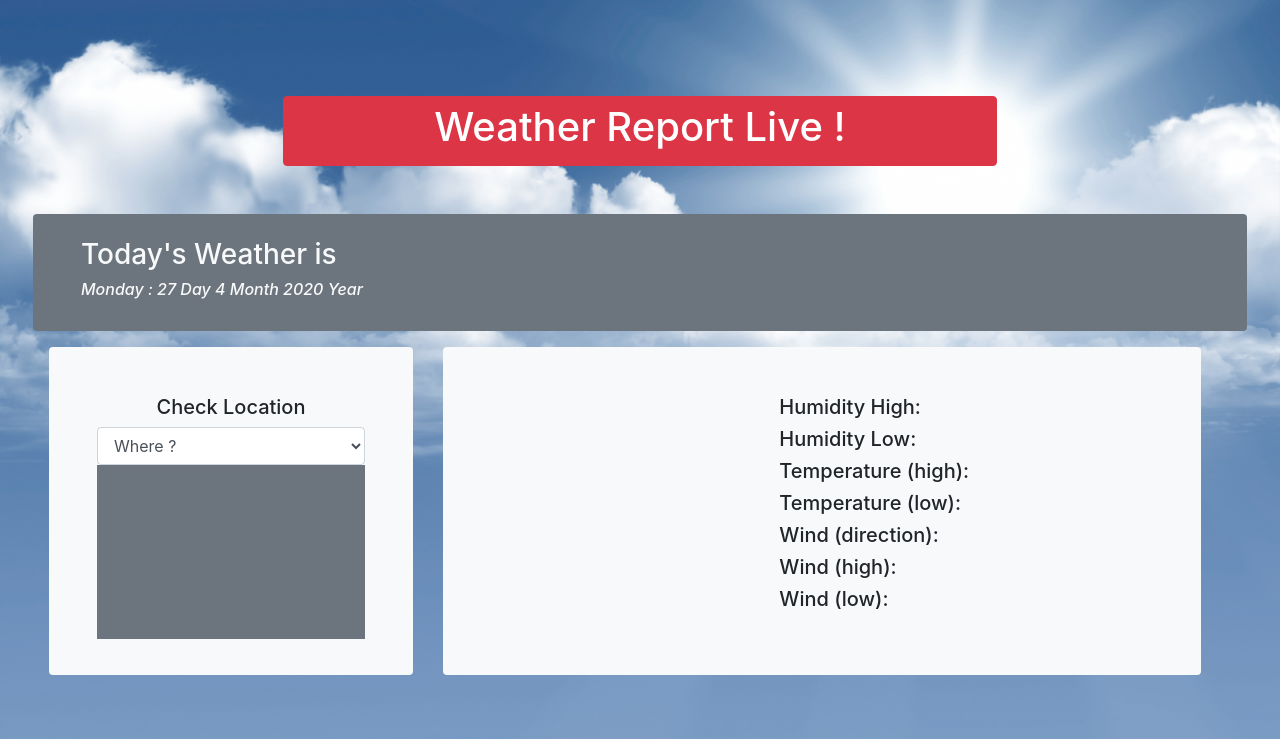
Repository: Code-Institute-Submissions/projectchen88-weatherForecast
Page: index.html
The author's editor kept a record of every edit. The page is drawn from the files as they stood at one moment, then again after the next edit.
The browser window is 1280 px wide. The pictures show the whole page.
The page's requests for data from a server got no answer.

Above is the page before.
Console error (its wording comes from the project's code and is left out).

### index.html
<!doctype html>
<html lang="en">

<head>
    <!-- Required meta tags -->
    <meta charset="utf-8">
    <meta name="viewport" content="width=device-width, initial-scale=1, shrink-to-fit=no">
    <!--AXIOS link-->
    <script src="https://unpkg.com/axios/dist/axios.min.js"></script>
    <!-- Bootstrap CSS -->
    <link rel="stylesheet" href="https://stackpath.bootstrapcdn.com/bootstrap/4.4.1/css/bootstrap.min.css" integrity="sha384-Vkoo8x4CGsO3+Hhxv8T/Q5PaXtkKtu6ug5TOeNV6gBiFeWPGFN9MuhOf23Q9Ifjh" crossorigin="anonymous">
    <!--Font Awesome-->
    <link rel="stylesheet" href="https://cdnjs.cloudflare.com/ajax/libs/font-awesome/4.7.0/css/font-awesome.min.css">
    <!--Custom CSS-->
    <link rel="stylesheet" href="styles/style.css" type="text/css" />
    <title>Hello, world!</title>
</head>

<body>
    <main id='main-page' class='container-fluid p-5'>
        <!--Header-->
        <div class="row">
            <div class="col-md-8 col-12 p-md-5 p-3 mx-auto">
                <span class='btn btn-danger w-100'><h1>Weather Report Live ! </h1></span>
            </div>
        </div>

        <!--Current Weather -->
        <div class="row">
            <div class="col-12 px-5 py-4 bg-secondary text-light rounded">
                <h3>Today's Weather is <span id='status'></span></h3>
                <h6 id='dateToday' class='font-italic'></h6>
            </div>
            <div id='display-section' class="col-12 p-3 bg-transparent">
                <div class="box row">
                    <!--Check and display weather of location selected-->
                    <div class="box col-md-4 col-12 mx-auto text-center">
                        <div class="box p-5 bg-light rounded">
                            <h5>Check Location</h5>
                            <div >
                                <select class='form-control' id="select">
                                    <option>Where ?</option>
                                </select>
                            </div>
                            <div class='display-box p-2 bg-secondary'>
                                <p><span id='weather' class='font-bolder text-light'></span></p>
                            </div>
                        </div>
                    </div>

                    <!--Display 4 days forecast-->
                    <div class="box col-md-8 col-12 mx-auto text-center">
                        <div class="box p-5 bg-light rounded">
                            <div class='display-box'>
                                <div class="row">
                                    <div class="col-5">
                                        <div class='d-flex'>

                                        </div>


                                        <span id='forecast'></span>
                                    </div>
                                    <div class="col-7">
                                        <div class='d-flex'>
                                            <h5>Humidity High: </h5>
                                            <span id='humidity-high'></span>
                                        </div>
                                        <div class='d-flex'>
                                            <h5>Humidity Low: </h5>
                                            <span id='humidity-low'></span>
                                        </div>
                                        <div class='d-flex'>
                                            <h5>Temperature (high): </h5>
                                            <span id='temperature-high'></span>
                                        </div>
                                        <div class='d-flex'>
                                            <h5>Temperature (low): </h5>
                                            <span id='temperature-low'></span>
                                        </div>
                                        <div class='d-flex'>
                                            <h5>Wind (direction): </h5>
                                            <span id='wind-direction'></span>
                                        </div>
                                        <div class='d-flex'>
                                            <h5>Wind (high): </h5>
                                            <span id='wind-speed-high'></span>
                                        </div>
                                        <div class='d-flex'>
                                            <h5>Wind (low): </h5>
                                            <span id='wind-speed-low'></span>
                                        </div>
                                    </div>

                                </div>
                            </div>
                        </div>
                    </div>


                </div>
            </div>
        </div>


    </main>


    <!-- Optional JavaScript -->
    <!-- jQuery first, then Popper.js, then Bootstrap JS -->
    <script src="https://code.jquery.com/jquery-3.4.1.js" integrity="sha256-WpOohJOqMqqyKL9FccASB9O0KwACQJpFTUBLTYOVvVU=" crossorigin="anonymous"></script>
    <script src="https://cdn.jsdelivr.net/npm/popper.js@1.16.0/dist/umd/popper.min.js" integrity="sha384-Q6E9RHvbIyZFJoft+2mJbHaEWldlvI9IOYy5n3zV9zzTtmI3UksdQRVvoxMfooAo" crossorigin="anonymous"></script>
    <script src="https://stackpath.bootstrapcdn.com/bootstrap/4.4.1/js/bootstrap.min.js" integrity="sha384-wfSDF2E50Y2D1uUdj0O3uMBJnjuUD4Ih7YwaYd1iqfktj0Uod8GCExl3Og8ifwB6" crossorigin="anonymous"></script>
    <!--Custom JS script-->
    <script type="text/javascript" src="scripts/script.js"></script>
</body>

</html>

### scripts/script.js
/*  global $ axios */

var source1 = "https://api.data.gov.sg/v1/environment/2-hour-weather-forecast"
var source2 = "https://api.data.gov.sg/v1/environment/4-day-weather-forecast"
var forecastData =[]
var tempData =[]
var option =[]
var status


//AXIO TO GET DATA FROM JSON FILE (local)
function getForecast(callback) {
  axios.get(source1)
    .then(function(response) {
      let result = response.data;
      console.log(result)
      callback(result)
    })
}
function getTemp(callback) {
  axios.get(source2)
    .then(function(response) {
      let result = response.data.items[0].forecasts;
      console.log(result)
      callback(result)
    })
}
function displayDailyForecast( day ) {
  document.getElementById("forecast-title").innerHTML="Weather Forecast for date : " +tempData[day].date
  document.getElementById("forecast").innerHTML=tempData[day].forecast
  document.getElementById("humidity-high").innerHTML=tempData[day].relative_humidity.high
  document.getElementById("humidity-low").innerHTML=tempData[day].relative_humidity.low
  document.getElementById("temperature-high").innerHTML=tempData[day].temperature.high
  document.getElementById("temperature-low").innerHTML=tempData[day].temperature.low
  document.getElementById("wind-direction").innerHTML="The wind will be blowing in the "+tempData[day].wind.direction+" direction"
  document.getElementById("wind-speed-high").innerHTML=tempData[day].wind.speed.high
  document.getElementById("wind-speed-low").innerHTML=tempData[day].wind.speed.low

}
getTemp(function(data){
  tempData = data;
  tempData.count = 0 // tracker for the day result that is displayed
  displayDailyForecast (tempData.count)
  document.getElementById("forecast").innerHTML=tempData[0].forecast
})

getForecast( function(data) {
    forecastData = data
    status = forecastData.api_info.status
    document.getElementById("status").innerHTML = status;

    let forecastsArea = forecastData.items[0].forecasts

    var select = document.getElementById("select");
    for (let item in forecastsArea) {
      var el = document.createElement("option");
      el.textContent = forecastsArea[item].area;
      el.value = forecastsArea[item].area;
      select.appendChild(el);
    }
})

$ (function () {
  // $('#prev-day').hide();

  // Set the date of today to be displayed
  var d = new Date();
  var weekday = new Array(7);
  weekday[0] = "Sunday";
  weekday[1] = "Monday";
  weekday[2] = "Tuesday";
  weekday[3] = "Wednesday";
  weekday[4] = "Thursday";
  weekday[5] = "Friday";
  weekday[6] = "Saturday";
  var strDate = weekday[d.getDay()] + " : " + d.getDate() + " Day " + (d.getMonth()+1) + " Month " + d.getFullYear() + " Year " ;
  $('#dateToday').text(strDate)

  // Detect for change in option change in selection of area and display the weather
  $('#select').change(function(){
    // displayWeather()
    let forecastsArea = forecastData.items[0].forecasts
    for (let item in forecastsArea) {
      var select = $('#select').val()
      if (select == forecastsArea[item].area)
      $('#weather').text("The weather at "+ forecastsArea[item].area +" is expected to be "+forecastsArea[item].forecast)
    }
  })

  // Detect for change to view. forecast for next day
  $('#next-day').click( function () {
    if (tempData.count < 3) {
      tempData.count ++ ;
      displayDailyForecast(tempData.count)
      if (tempData.count >= 3) {
        // $('#next-day').hide()
      }
      $('#prev-day').text('<<')
    }
    else {
      $('#next-day').text('>>|')
    }
  })

  $('#prev-day').on('click', function () {
   if (tempData.count >= 0) {
      tempData.count -- ;
      displayDailyForecast(tempData.count)
      if (tempData.count <= 0 ) {
        $('#next-day').text(">>")
      }
      $('#prev-day').text('|<<')
    }
  })
})

Loaded but not shown: styles/style.css (common file)

After the next edit:
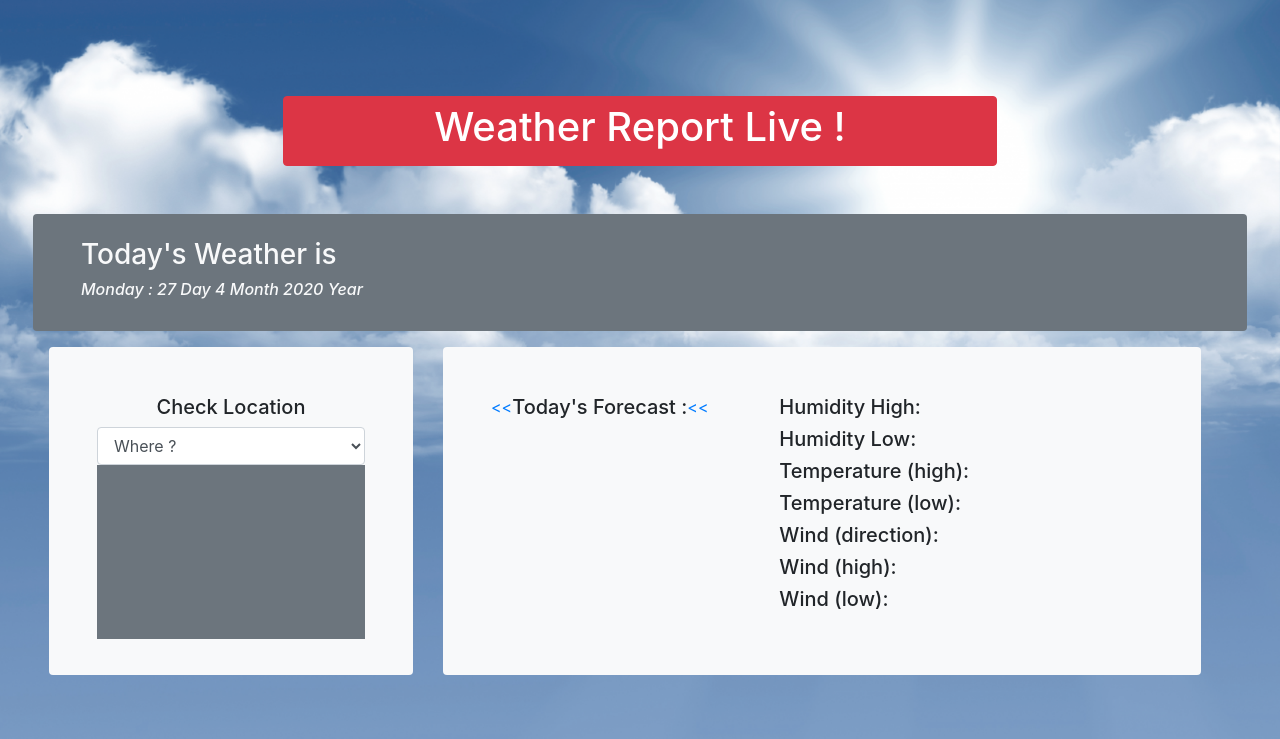
The edit:
--- a/index.html
+++ b/index.html
@@ -55,7 +55,9 @@
                                 <div class="row">
                                     <div class="col-5">
                                         <div class='d-flex'>
-
+                                            <a href=""><<</a>
+                                            <h5>Today's Forecast : </h5>
+                                            <a href=""><<</a>
                                         </div>
 
 
